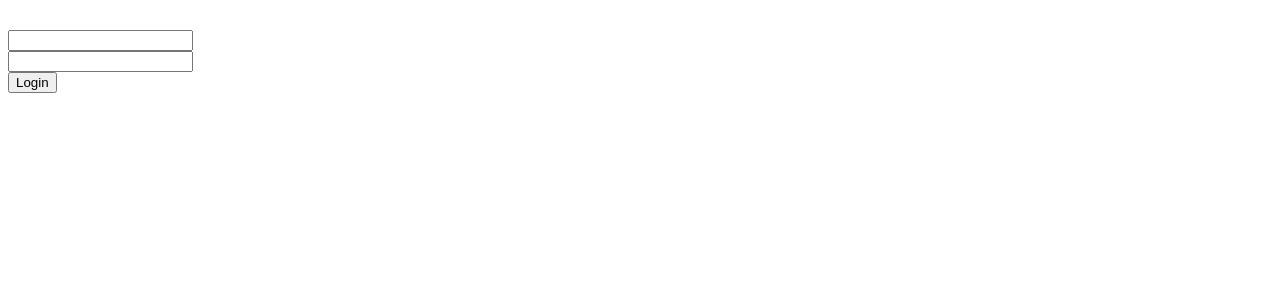
Repository: Somanath-Singh/Spring-Framework-By-Qspide
Page: http://localhost/SpringMVC-Proj01/login.jsp
The author's editor kept a copy of each file at every save. The page is drawn from the files as they stood at one save, then again after the next save.
The browser window is 1280 px wide. The pictures show the whole page.
The page is served by Tomcat 10. Other server files are loaded and not shown.

Above is the page before, as saved 2025-02-15 05:47:28.

### SpringMVC-Proj01/src/main/webapp/login.jsp
<%@ page language="java" contentType="text/html; charset=UTF-8"
	pageEncoding="UTF-8"%>
<!DOCTYPE html>
<html>
<head>
<meta charset="UTF-8">
<title>Insert title here</title>
</head>
<body>

	<marquee style="color: red">Login page is loaded</marquee>

	<form action="./login" method="POST">
		<input type="email" name="email"><br> <input type="password"
			name="password"><br>
		<button>Login</button>
	</form>

</body>
</html>

After the next save:
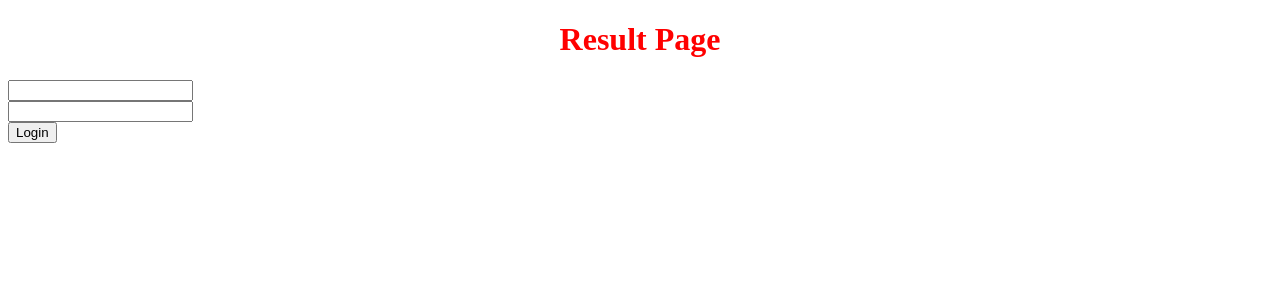
Saved 77 s later.
--- a/SpringMVC-Proj01/src/main/webapp/login.jsp
+++ b/SpringMVC-Proj01/src/main/webapp/login.jsp
@@ -8,7 +8,7 @@
 </head>
 <body>
 
-	<marquee style="color: red">Login page is loaded</marquee>
+	<h1 style="color:red;text-align:center;">Result Page</h1>
 
 	<form action="./login" method="POST">
 		<input type="email" name="email"><br> <input type="password"
